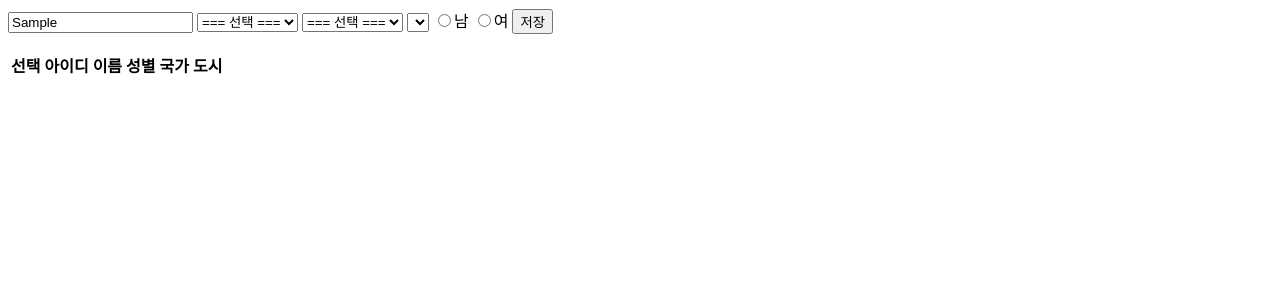
Repository: kukikuko/spring
Page: http://localhost/jspExample/WEB-INF/view/index.jsp
The author's editor kept a copy of each file at every save. The page is drawn from the files as they stood at one save, then again after the next save.
The browser window is 1280 px wide. The pictures show the whole page.
Empty fields were first filled with sample values (such as "Sample", 5 or name@example.com).
After loading, the first visible `#nation` was changed once.
The page is served by Tomcat 9. Nobody is signed in. Other server files are loaded and not shown. The template is opened directly, without the code that normally fills it, so the values that code supplies are empty.

Above is the page before, as saved 2023-03-19 13:02:22.

### jspExample/src/main/webapp/WEB-INF/view/index.jsp
<%@ taglib prefix="c" uri="http://java.sun.com/jsp/jstl/core" %>
<html>
<head>
	<%@ page language="java" contentType="text/html; charset=UTF-8"%>
    <meta http-equiv="Content-Type" content="text/html; charset=UTF-8">
    <title>Spring Boot Application</title>
    <script src="https://cdnjs.cloudflare.com/ajax/libs/jquery/3.6.0/jquery.min.js"></script>
</head>
<body>
	<div>
		<div>
			<form method="post">
				<input placeholder="아이디" type="text" name="id">
				<select name="name" >
				    <option value="none">=== 선택 ===</option>
				    <c:forEach items="${nameList}" var="name">
				    	<option value="${name}">${name}</option>
				    </c:forEach>
				</select>
				<select name="nation" id="nation" onchange="ct(this)">
				    <option value="none">=== 선택 ===</option>
				    <c:forEach items="${nationList}" var="nation">
				    	<option value="${nation}">${nation}</option>
				    </c:forEach>
				</select>
				<select name="city" id="city">
				    <option value="none">=== 선택 ===</option>
				</select>
	  			<input type='radio' name='gender' value='male' />남
				<input type='radio' name='gender' value='female' />여
				<button type="submit">저장</button>
			</form>
		</div>
		<div>
			<table>
				<thead>
					<tr>
						<th>선택</th>
						<th>아이디</th>
						<th>이름</th>
						<th>성별</th>
						<th>국가</th>
						<th>도시</th>
					</tr>
				</thead>

				<tbody>
					<c:forEach items="${boardList}" var="board">
						<tr>
							<td>${board.no}</td>
							<td>${board.id}</td>
							<td>${board.name}</td>
							<td>${board.gender}</td>
							<td>${board.nation}</td>
							<td>${board.city}</td>
						</tr>
					</c:forEach>
				</tbody>
			</table>
		</div>
	</div>
</body>


<script>
	function ct(o) {
		$("#city > option").remove();
		var nation = o.value;
		console.log(nation);
		if(nation != "none") {
			$.ajax({
				  type: "POST",
				  url: "/combo",
				  data: {nation : nation},
				  success: function(data) {
				  	console.log(data);
				  	console.log(data[0]);
				  	var laborOption = "<option value='none'>=== 선택 ===</option>";
				  	$("#city").append(laborOption);
				  	for(var city in data) {
				  		console.log(city);
				  		laborOption = "<option value='" + city + "'>" + city + "</option>";
				  		$("#city").append(laborOption);
				  	}
				  }
			})
		}
	}
</script>
</html>

After the next save:
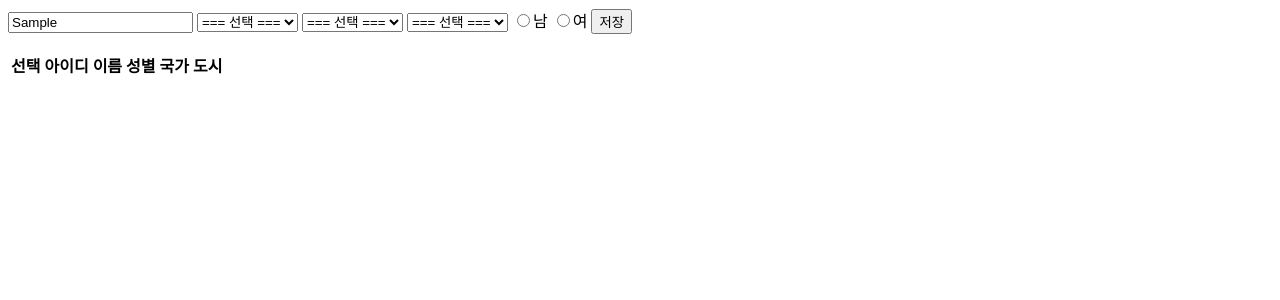
Console error: SyntaxError: Unexpected token 'for'
Saved 34 s later.
--- a/jspExample/src/main/webapp/WEB-INF/view/index.jsp
+++ b/jspExample/src/main/webapp/WEB-INF/view/index.jsp
@@ -77,8 +77,8 @@
 				  	console.log(data[0]);
 				  	var laborOption = "<option value='none'>=== 선택 ===</option>";
 				  	$("#city").append(laborOption);
-				  	for(var city in data) {
-				  		console.log(city);
+				  	for(for let i = 0; i<data.length(); i++) {
+				  		console.log(data[i]);
 				  		laborOption = "<option value='" + city + "'>" + city + "</option>";
 				  		$("#city").append(laborOption);
 				  	}

After the 2 saves that followed:
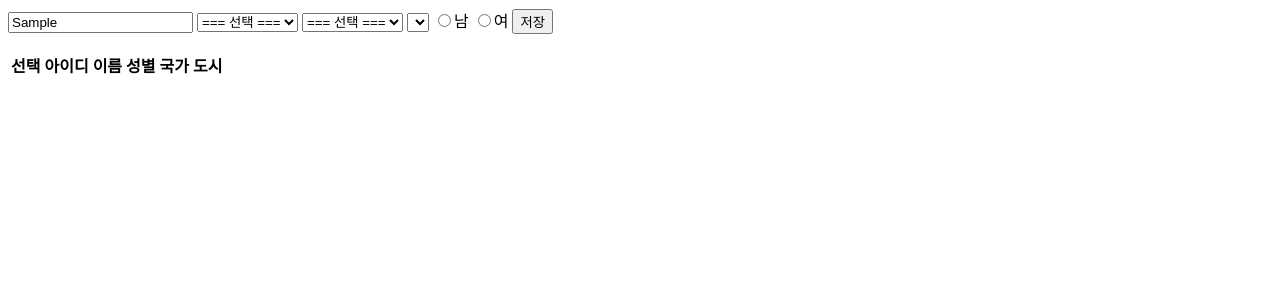
The error is gone.
The 2 saves are shown as one change because 1 left the picture as it was.
The last was saved 50 s later.
--- a/jspExample/src/main/webapp/WEB-INF/view/index.jsp
+++ b/jspExample/src/main/webapp/WEB-INF/view/index.jsp
@@ -77,9 +77,9 @@
 				  	console.log(data[0]);
 				  	var laborOption = "<option value='none'>=== 선택 ===</option>";
 				  	$("#city").append(laborOption);
-				  	for(for let i = 0; i<data.length(); i++) {
+				  	for(let i = 0; i<data.length(); i++) {
 				  		console.log(data[i]);
-				  		laborOption = "<option value='" + city + "'>" + city + "</option>";
+				  		laborOption = "<option value='" + data[i] + "'>" + data[i] + "</option>";
 				  		$("#city").append(laborOption);
 				  	}
 				  }
